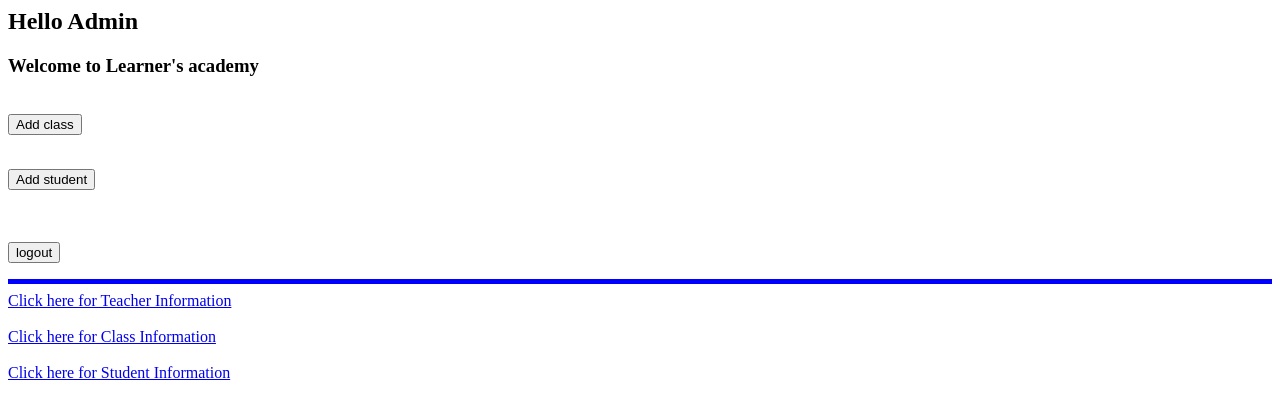
Repository: anithagnana123/Simplilearn_Phase2_project
Page: http://localhost/phase2-project/welcome
An editor plug-in stored every save of this project. The page is shown before and after the next save, followed by the edit.
The browser window is 1280 px wide. The pictures show the whole page.
The page is served by Tomcat 9. Other server files are loaded and not shown.

Above is the page before, as saved 2022-10-19 11:48:36.

### phase2-project/src/main/java/com/simplilearn/workshop/WelcomeServlet.java
package com.simplilearn.workshop;

import java.io.IOException;
import java.io.PrintWriter;

import javax.servlet.ServletException;
import javax.servlet.annotation.WebServlet;
import javax.servlet.http.HttpServlet;
import javax.servlet.http.HttpServletRequest;
import javax.servlet.http.HttpServletResponse;

/**
 * Servlet implementation class WelcomeServlet
 */
@WebServlet("/welcome")
public class WelcomeServlet extends HttpServlet {
	private static final long serialVersionUID = 1L;

	/**
	 * @see HttpServlet#doGet(HttpServletRequest request, HttpServletResponse response)
	 */
	protected void doGet(HttpServletRequest request, HttpServletResponse response)
			throws ServletException, IOException {

		processRequest(request,response);

	}

	private void processRequest(HttpServletRequest request, HttpServletResponse response)
			throws ServletException, IOException {

		String username = request.getParameter("name");

		response.setContentType("text/html");

		PrintWriter out = response.getWriter();


		out.println("<h2>Hello Admin</h2>");
	    out.println("<h3> Welcome to Learner's academy </h3>");

	    out.println("<form action='addclass' method='get'>");
	    out.println("<br> <input type='submit' value='Add class'/>");
	    out.println("</form>");

	    out.println("<form action='addstudent' method='get'>");
	    out.println("<br> <input type='submit' value='Add student'/>");
	    out.println("</form>");

	    out.println("&nbsp;");
	    out.println("<form action='logout' method='get'>");
	    out.println("<br> <input type='submit' value='logout'/>");
	    out.println("</form>");

	    out.println("<hr color='blue' size ='5'/>");
	    out.println("<a href = \"teacher.html\">Click here for Teacher Information</a>");
	    out.println("<br> <br>");
	    out.println("<a href = \"theclass.html\">Click here for Class Information</a>");
	    out.println("<br> <br>");
	    out.println("<a href = \"student.html\">Click here for Student Information</a>");

	}

	protected void doPost(HttpServletRequest request, HttpServletResponse response)
			throws ServletException, IOException {

		processRequest(request,response);

	}


}

After the next save:
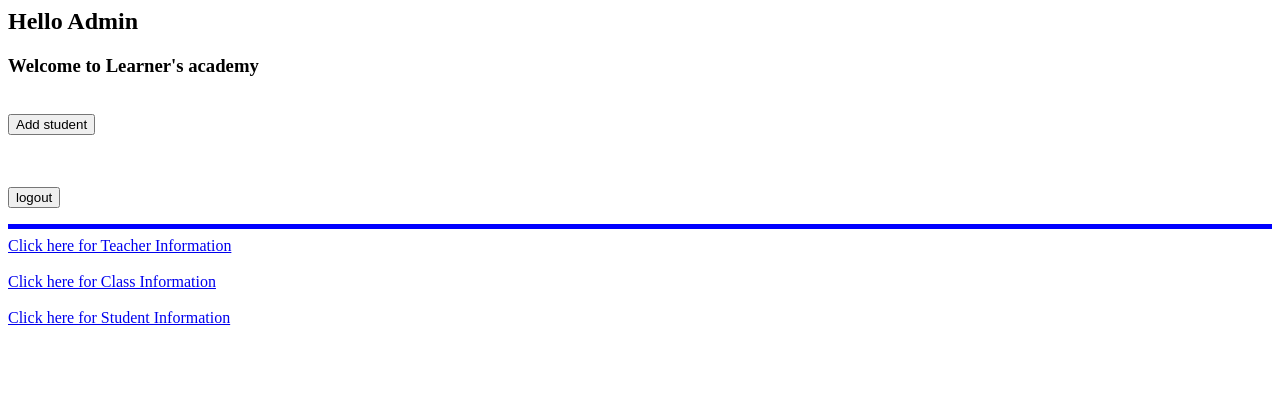
Saved 48 s later.
--- a/phase2-project/src/main/java/com/simplilearn/workshop/WelcomeServlet.java
+++ b/phase2-project/src/main/java/com/simplilearn/workshop/WelcomeServlet.java
@@ -39,10 +39,6 @@ public class WelcomeServlet extends HttpServlet {
 		out.println("<h2>Hello Admin</h2>");
 	    out.println("<h3> Welcome to Learner's academy </h3>");
 
-	    out.println("<form action='addclass' method='get'>");
-	    out.println("<br> <input type='submit' value='Add class'/>");
-	    out.println("</form>");
-
 	    out.println("<form action='addstudent' method='get'>");
 	    out.println("<br> <input type='submit' value='Add student'/>");
 	    out.println("</form>");
